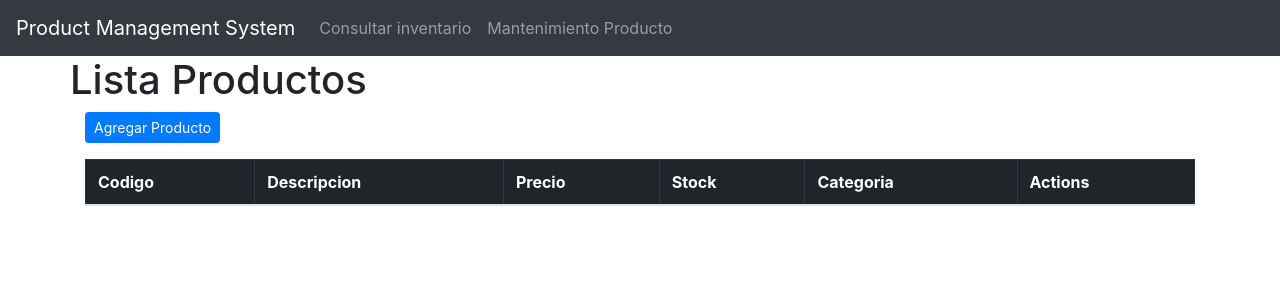
Repository: cartulina68/LP2_Examen2_Rosas
Page: http://localhost/producto/index
These files come from the project's save history. The page is drawn as it stood at one moment and after the next save; the edit follows.
The browser window is 1280 px wide. The pictures show the whole page.
The page is this project's Thymeleaf template; nobody is signed in. The template is opened directly, without the code that normally fills it, so the values that code supplies are empty.

Above is the page before, as saved 2024-10-11 22:57:58.

### Spring/BD_T2_Inventario/src/main/resources/templates/producto/index.html
<html xmlns:th="http://www.thymeleaf.org">
    <head>
        <meta charset="ISO-8859-1">
        <title>Product Management System</title>
        <link rel="stylesheet"
              href="https://maxcdn.bootstrapcdn.com/bootstrap/4.0.0/css/bootstrap.min.css"
              integrity="sha384-Gn5384xqQ1aoWXA+058RXPxPg6fy4IWvTNh0E263XmFcJlSAwiGgFAW/dAiS6JXm"
              crossorigin="anonymous">
    </head>
    <body>
        <nav class="navbar navbar-expand-md bg-dark navbar-dark">
            <!-- Brand -->
            <a class="navbar-brand" href="#">Product Management System</a>

            <!-- Toggler/Collapse Button -->
            <button class="navbar-toggler" type="button" data-toggle="collapse" data-target="#collapsibleNavbar">
                <span class="navbar-toggler-icon"></span>
            </button>

            <!-- Navbar links -->
            <div class="collapse navbar-collapse" id="collapsibleNavbar">
                <ul class="navbar-nav">
                    <li class="nav-item">
                        <a class="nav-link" th:href="@{/inventario/}">Consultar inventario</a>
                    </li>
                    <li class="nav-item">
                        <a class="nav-link" th:href="@{/producto/}">Mantenimiento Producto</a>
                    </li>
                </ul>
            </div>
        </nav>
        <div class="container">
            <div class="row">
                <h1>Lista Productos</h1>
            </div>

            <div class="row">
                <div class="col-lg-3">

                    <a th:href="@{/producto/new}" class="btn btn-primary btn-sm mb-3">Agregar Producto</a>
                </div>
            </div>

            <table class="table table-striped table-bordered">
                <thead class="table-dark">
                    <tr>
                        <th>Codigo</th>
                        <th>Descripcion</th>
                        <th>Precio</th>
                        <th>Stock</th>
                        <th>Categoria</th>
                        <th>Actions</th>
                    </tr>
                </thead>
                <tbody>
                    <tr th:each="producto: ${productos}">
                       <td th:text="${producto.idProd}"></td>
                        <td th:text="${producto.descripcion}"></td>
                        <td th:text="${producto.precio}"></td>
                        <td th:text="${producto.stock}"></td>


                         <td>
                            <th:block th:each="producto,iter: ${producto.categoria}">
                                <label th:text="${producto.descripcion}"/>
                                <th:block th:if="${!iter.last}">, </th:block>
                            </th:block>
                        </td>


                        <td>

                            <a th:href="@{/producto/edit/{id}(id=${producto.idProd})}"
                               class="btn btn-primary">Update</a>
                            <a th:href="@{/producto/{id}(id=${producto.idProd})}"
                               class="btn btn-danger">Delete</a>

                        </td>
                </tr>
                </tbody>
            </table>
        </div>

    </body>
</html>

After the next save:
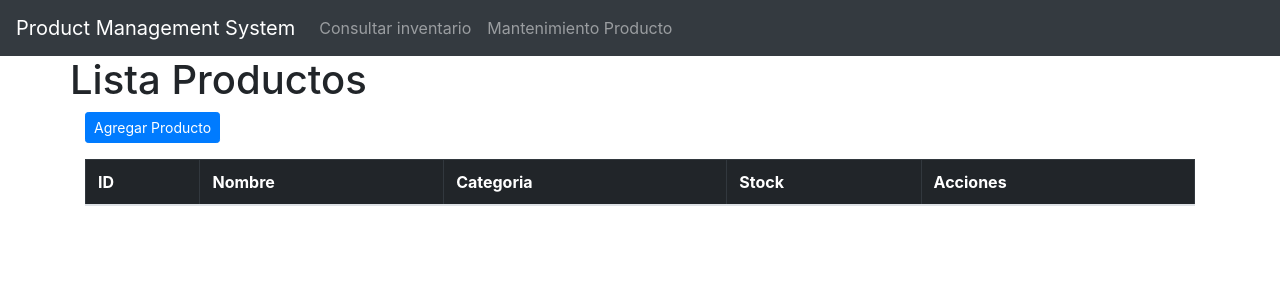
Saved 58 s later.
--- a/Spring/BD_T2_Inventario/src/main/resources/templates/producto/index.html
+++ b/Spring/BD_T2_Inventario/src/main/resources/templates/producto/index.html
@@ -44,12 +44,11 @@
             <table class="table table-striped table-bordered">
                 <thead class="table-dark">
                     <tr>
-                        <th>Codigo</th>
-                        <th>Descripcion</th>
-                        <th>Precio</th>
+                        <th>ID</th>
+                        <th>Nombre</th>
+                        <th>Categoria</th>
                         <th>Stock</th>
-                        <th>Categoria</th>
-                        <th>Actions</th>
+                        <th>Acciones</th>
                     </tr>
                 </thead>
                 <tbody>
